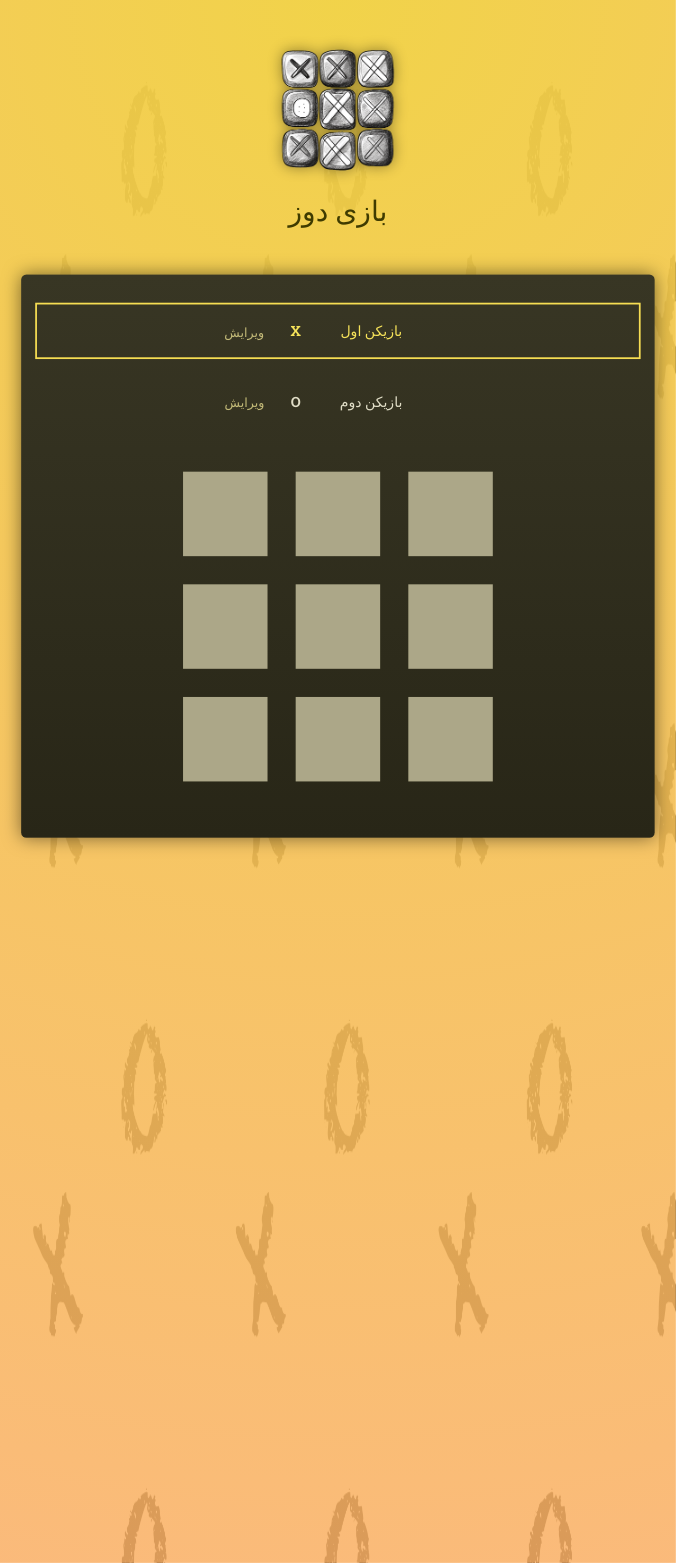
Repository: H-ala/react-tic-toc-toe
Page: /
An editor plug-in stored every save of this project. The page is shown before and after the next save, followed by the edit.
The browser window is 768 px wide. The pictures show the whole page, at 88% of full size.
Some web fonts or font styles are not loaded; a fallback is used. The project was rebuilt for these pictures with package versions that can differ from the ones it lists, and the page was loaded fresh each time. Also part of the build but not shown: vite.config.js, src/components/GameOver.jsx.

Above is the page before, as saved 2025-10-21 18:20:41.

### index.html
<!DOCTYPE html>
<html lang="en">
  <head>
    <meta charset="UTF-8" />
    <link rel="icon" type="image/svg+xml" href="/game-logo.png" />
    <meta name="viewport" content="width=device-width, initial-scale=1.0" />
    <title>React Tic-Tac-Toe</title>
  </head>
  <body>
    <header>
      <img src="game-logo.png" alt="main picture">
      <h1>بازی دوز</h1>
    </header>
    <div id="root"></div>
    <script type="module" src="/src/index.jsx"></script>
  </body>
</html>

### src/App.jsx
import { WINNING_COMBINATIONS } from "./winning_combinations.js";
import { useState } from "react";
import GameBoard from "./components/GameBoard.jsx";
import GameOver from "./components/GameOver.jsx";
import Player from "./components/Player.jsx";
import Log from "./components/Log.jsx";

const PLAYERS = {
    X: "بازیکن اول",
    O: "بازیکن دوم",
  }

const INITIAL_GAME_BOARD = [
  [null, null, null],
  [null, null, null],
  [null, null, null],
];

function deriveActivePlayer(gameTurns) {
  let currentPlayer = "X";
  if (gameTurns.length > 0 && gameTurns[0].player === "X") {
    currentPlayer = "O";
  }
  return currentPlayer;
}

function deriveGameBoard(gameTurns) {
  let gameBoard = [...INITIAL_GAME_BOARD.map((innerArray) => [...innerArray])];

  for (const turn of gameTurns) {
    const { square, player } = turn;
    const { row, col } = square;

    gameBoard[row][col] = player;
  }
  return gameBoard
}

function deriveWinner(gameBoard, players) {
  let winner;

  for (const combination of WINNING_COMBINATIONS) {
    const firstSquareSymbol =
      gameBoard[combination[0].row][combination[0].column];
    const secondSquareSymbol =
      gameBoard[combination[1].row][combination[1].column];
    const thirdSquareSymbol =
      gameBoard[combination[2].row][combination[2].column];

    if (
      firstSquareSymbol &&
      firstSquareSymbol === secondSquareSymbol &&
      firstSquareSymbol === thirdSquareSymbol
    ) {
      winner = players[firstSquareSymbol];
    }
  }

  return winner;
}

function App() {
  const [players, setplayers] = useState(PLAYERS);
  const [gameTurns, setGameTurns] = useState([]);

  const activePlayer = deriveActivePlayer(gameTurns);

  const gameBoard = deriveGameBoard(gameTurns);
  const winner = deriveWinner(gameBoard, players);
  const isDraw = gameTurns.length === 9 && !winner;

  function handleSelectSquare(rowIndex, colIndex) {
    setGameTurns((prevTurns) => {
      const currentPlayer = deriveActivePlayer(prevTurns);
      const updatedTurns = [
        {
          square: { row: rowIndex, col: colIndex },
          player: currentPlayer,
        },
        ...prevTurns,
      ];
      return updatedTurns;
    });
  }

  function handlePlayerName(symbol, newName) {
    setplayers((prevPlayers) => {
      return {
        ...prevPlayers,
        [symbol]: newName,
      };
    });
  }

  function handleRestart() {
    setGameTurns([]);
  }
  return (
    <main>
      <div id="game-container">
        <ol id="players" className="highlight-player">
          <Player
            initialName={PLAYERS.X}
            symbol="X"
            isActive={activePlayer === "X"}
            onChangeName={handlePlayerName}
          />
          <Player
            initialName={PLAYERS.O}
            symbol="O"
            isActive={activePlayer === "O"}
            onChangeName={handlePlayerName}
          />
        </ol>
        {(winner || isDraw) && (
          <GameOver winner={winner} onRestart={handleRestart} />
        )}
        <GameBoard onSelectSquare={handleSelectSquare} board={gameBoard} />
      </div>
      <Log turns={gameTurns} />
    </main>
  );
}

export default App;

### src/index.css
@import url("https://fonts.googleapis.com/css2?family=Caprasimo&family=Roboto+Slab:wght@400;700&display=swap");

* {
  box-sizing: border-box;
}

html {
  font-family: "Roboto Slab", sans-serif;
  line-height: 1.5;

  color: #ebe7ef;

  font-synthesis: none;
  text-rendering: optimizeLegibility;
  -webkit-font-smoothing: antialiased;
  -moz-osx-font-smoothing: grayscale;
  -webkit-text-size-adjust: 100%;
}

body {
  background: radial-gradient(
      circle at top,
      rgba(241, 210, 70, 0.98),
      rgba(250, 176, 103, 0.87)
    ),
    url("bg-pattern-dark.png");
  background-repeat: repeat;
  background-size: 100% 100%, 30% 30%, 100% 100%;
  min-height: 110rem;
  direction: rtl;
}

header {
  text-align: center;
}

header img {
  width: 8rem;
  object-fit: contain;
  margin: 3rem auto 1rem auto;
  filter: drop-shadow(0 0 8px rgba(0, 0, 0, 0.4));
}

h1 {
  font-family: "Caprasimo", cursive;
  font-size: 3rem;
  margin: 0 auto 3rem auto;
  color: #3f3b00;
}

#game-container {
  max-width: 45rem;
  margin: 3rem auto;
  padding: 2rem;
  border-radius: 6px;
  background: linear-gradient(#383624, #282617);
  box-shadow: 0 0 20px rgba(0, 0, 0, 0.5);
  position: relative;
}

#players {
  list-style: none;
  padding: 0;
  margin: 1rem 0;
  display: flex;
  justify-content: center;
  align-items: center;
  gap: 2rem;
}

#players li {
  display: flex;
  align-items: center;
  width: 50%;
  border: 2px solid transparent;
}

#players.highlight-player li.active {
  border-color: #f6e35a;
  animation: pulse 2s infinite ease-in-out;
}

#players.highlight-player li.active .player-name,
#players.highlight-player li.active .player-symbol {
  color: #f6e35a;
}

#players button {
  width: 3rem;
  border: none;
  background: none;
  color: #c3ba78;
  font-size: 0.9rem;
  cursor: pointer;
  transition: color 0.2s;
  padding: 0.5rem 0.25rem 0.25rem 0.25rem;
  text-align: center;
}

#players button:hover {
  color: #f8ca31;
}

.player {
  border: 2px solid transparent;
  padding: 0.5rem;
  border-radius: 4px;
  font-weight: bold;
}

.player-name {
  display: inline-block;
  width: 10rem;
  font-size: 1rem;
  color: #e1dec7;
  text-transform: uppercase;
  margin: 0;
  padding: 0.5rem;
  border-radius: 4px;
  text-overflow: ellipsis;
  text-align: center;
}

.player input {
  font: inherit;
  font-size: 1rem;
  width: 10rem;
  border: none;
  padding: 0.5rem;
  animation: pulse-text 2s infinite;
  background-color: #46432f;
  text-align: center;
  text-transform: uppercase;
}

.player-symbol {
  margin-left: 1rem;
  font-size: 1rem;
  color: #e1dec7;
}

ol {
  list-style: none;
  margin: 0;
  padding: 0;
}

#pre-game {
  text-align: center;
}

#pre-game button {
  cursor: pointer;
  background: none;
  color: #f8c031;
  border: none;
  font-family: "Caprasimo", cursive;
  font-size: 4rem;
  text-shadow: 0 0 12px rgba(0, 0, 0, 0.7);
  animation: pulse-text-size 2s infinite ease-out;
}

#game-board {
  display: flex;
  flex-wrap: wrap;
  justify-content: center;
  gap: 2rem;
  margin: 3rem 0;
  padding: 0;
  flex-direction: column;
}

#game-board ol {
  display: flex;
  flex-wrap: wrap;
  justify-content: center;
  gap: 2rem;
  margin: 0;
  padding: 0;
}

#game-board button {
  width: 8rem;
  height: 8rem;
  border: none;
  background: #aca788;
  color: #3f3b00;
  font-size: 5rem;
  cursor: pointer;
  font-family: "Caprasimo", cursive;
  padding: 1rem;
}

#game-over {
  position: absolute;
  top: 0;
  left: 0;
  width: 100%;
  height: 100%;
  display: flex;
  flex-direction: column;
  justify-content: center;
  align-items: center;
  background-color: rgba(40, 38, 23, 0.95);
  animation: pop-in 0.5s cubic-bezier(0.68, -0.55, 0.65, 0.52) forwards;
}

#game-over h2 {
  font-family: "Caprasimo", cursive;
  font-size: 4rem;
  text-align: center;
  color: #fcd256;
  margin: 0;
}

#game-over p {
  font-size: 2rem;
  text-align: center;
  color: #e1dec7;
}

#game-over button {
  display: block;
  margin: 0 auto;
  font-size: 1.5rem;
  background: none;
  border: 2px solid #fcd256;
  color: #fcd256;
  padding: 0.5rem 1rem;
  border-radius: 4px;
  cursor: pointer;
  transition: all 0.2s, color 0.2s;
  box-shadow: 0 0 8px rgba(255, 187, 0, 0.4);
}

#game-over button:hover {
  background: #fcd256;
  color: #3f3b00;
  transform: scale(1.1);
  box-shadow: 0 0 20px rgba(255, 187, 0, 0.8);
}

#log {
  max-width: 20rem;
  color: #3f3b00;
  list-style: none;
  margin: 2rem auto;
  padding: 0;
  text-align: center;
}

#log li {
  border-radius: 4px;
  animation: slide-in-from-left 1s cubic-bezier(0.075, 0.82, 0.165, 1) forwards;
  margin: 0.75rem;
}

#log li.highlighted {
  background-color: #3f3b00;
  color: white;
}

#game-hints {
  text-align: center;
  color: #46432f;
}

#game-hints h2 {
  font-family: "Caprasimo", cursive;
  font-size: 2rem;
  margin: 0;
}

#game-hints ul {
  list-style: none;
  padding: 0;
  margin: 0;
}

#game-hints button {
  cursor: pointer;
  border: none;
  background: transparent;
  color: #23221f;
  font: inherit;
  margin-top: 1.5rem;
}

@keyframes slide-in-from-left {
  0% {
    opacity: 0;
    transform: translateX(-30%);
  }
  100% {
    opacity: 1;
    transform: translateX(0);
  }
}

@keyframes pulse-text {
  0% {
    color: #e1dec7;
  }
  50% {
    color: #9f9d83;
  }
  100% {
    color: #e1dec7;
  }
}

@keyframes pulse-text-size {
  0% {
    transform: scale(1);
  }
  50% {
    transform: scale(1.05);
  }
  100% {
    transform: scale(1);
  }
}

@keyframes pulse {
  0% {
    border-color: #f6e35a;
    box-shadow: 0 0 0 0 rgba(246, 227, 90, 0.4);
  }
  50% {
    border-color: #f8c031;
    box-shadow: 0 0 0 0.5rem rgba(248, 165, 49, 0);
  }
  100% {
    border-color: #f6e35a;
    box-shadow: 0 0 0 0 rgba(246, 227, 90, 0);
  }
}

/* Fancy animation for showing the "Game Over" element */
@keyframes pop-in {
  0% {
    transform: scale(0);
    opacity: 0;
  }
  80% {
    transform: scale(1.1);
    opacity: 1;
  }
  100% {
    transform: scale(1);
  }
}

@media (max-width: 768px) {
  h1 {
    font-size: 2rem;
  }

  #game-container {
    padding: 1rem;
    margin: 1rem;
  }

  #players {
    flex-direction: column;
    gap: 1rem;
  }

  #players li {
    width: 100%;
    align-items: center;
    justify-content: center;
  }

  #game-board button {
    width: 6rem;
    height: 6rem;
    font-size: 2.5rem;
  }

  #pre-game button {
    font-size: 2.5rem;
  }

  #game-over h2 {
    font-size: 2.5rem;
  }

  #game-over p {
    font-size: 1.2rem;
  }
}

### src/winning_combinations.js
export const WINNING_COMBINATIONS = [
  [
    { row: 0, column: 0 },
    { row: 0, column: 1 },
    { row: 0, column: 2 },
  ],
  [
    { row: 1, column: 0 },
    { row: 1, column: 1 },
    { row: 1, column: 2 },
  ],
  [
    { row: 2, column: 0 },
    { row: 2, column: 1 },
    { row: 2, column: 2 },
  ],
  [
    { row: 0, column: 0 },
    { row: 1, column: 0 },
    { row: 2, column: 0 },
  ],
  [
    { row: 0, column: 1 },
    { row: 1, column: 1 },
    { row: 2, column: 1 },
  ],
  [
    { row: 0, column: 2 },
    { row: 1, column: 2 },
    { row: 2, column: 2 },
  ],
  [
    { row: 0, column: 0 },
    { row: 1, column: 1 },
    { row: 2, column: 2 },
  ],
  [
    { row: 0, column: 2 },
    { row: 1, column: 1 },
    { row: 2, column: 0 },
  ],
];

### src/components/Player.jsx
import { useState } from "react";

export default function ({ initialName, symbol, isActive, onChangeName }) {
  const [playerName, setplayerName] = useState(initialName);
  const [isEditting, setIsEditting] = useState(false);

  function handleEditClick() {
    setIsEditting((editting) => !editting);
    if (isEditting) {
      onChangeName(symbol, playerName);
    }
  }

  function handleChange(event) {
    setplayerName(event.target.value);
  }

  let edittablePlayerName = <span className="player-name">{playerName}</span>;
  if (isEditting) {
    edittablePlayerName = (
      <input type="text" required value={playerName} onChange={handleChange} />
    );
  }
  return (
    <li className={isActive ? "active" : undefined}>
      <span className="player">
        {edittablePlayerName}
        <span className="player-symbol">{symbol}</span>
      </span>
      <button onClick={handleEditClick}>{isEditting ? "ذخیره" : "ویرایش"} </button>
    </li>
  );
}

### src/components/Log.jsx
export default function Log({ turns }) {
  return (
    <ol id="log">
      {turns.map((turn) => (
        <li key={`${turn.square.row}${turn.square.col}`}>
          {turn.player} ردیف {turn.square.row + 1} و ستون {turn.square.col + 1}{" "}
          را انتخاب کرد
        </li>
      ))}
    </ol>
  );
}

Loaded but not shown: src/index.jsx (common file); src/components/GameBoard.jsx (common file)

After the next save:
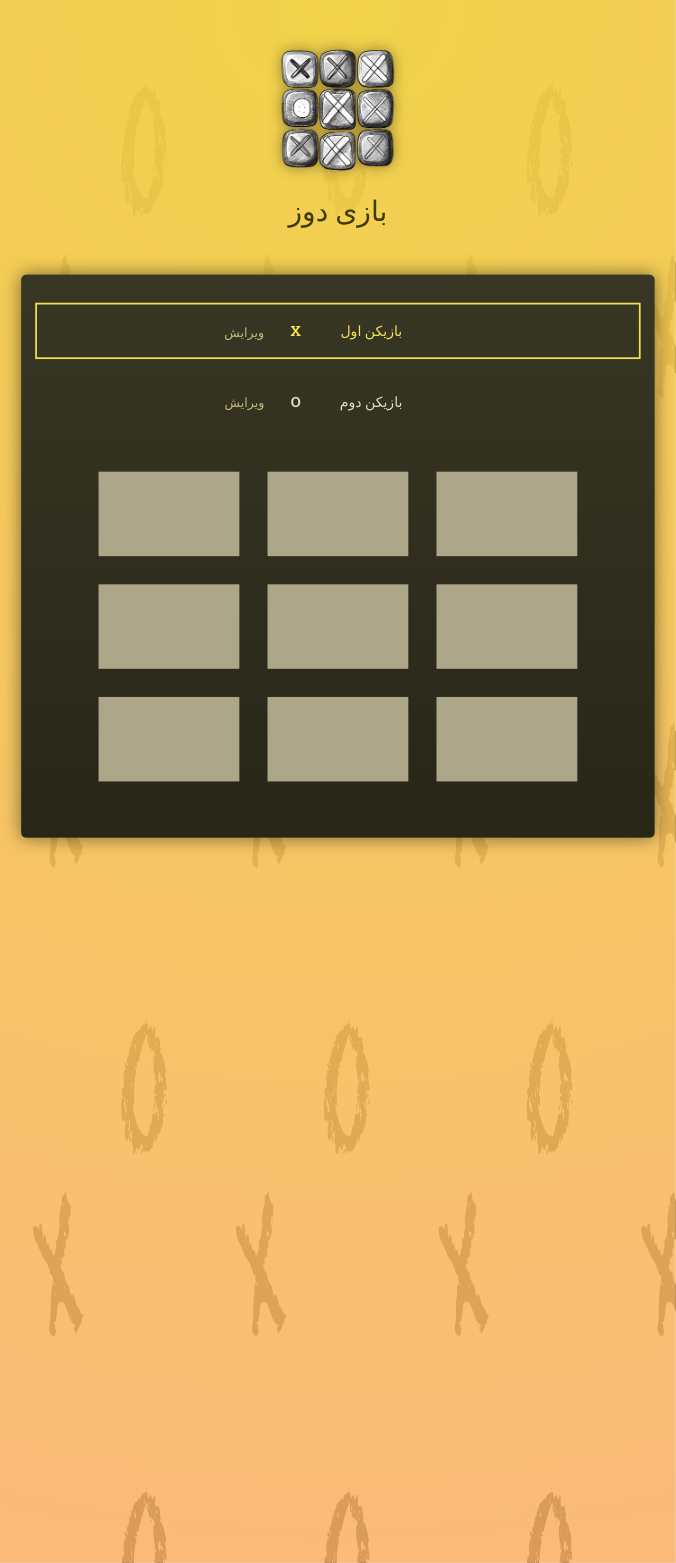
Saved 8 s later.
--- a/src/index.css
+++ b/src/index.css
@@ -373,7 +373,7 @@ ol {
   }
 
   #game-board button {
-    width: 6rem;
+    width: 10rem;
     height: 6rem;
     font-size: 2.5rem;
   }
